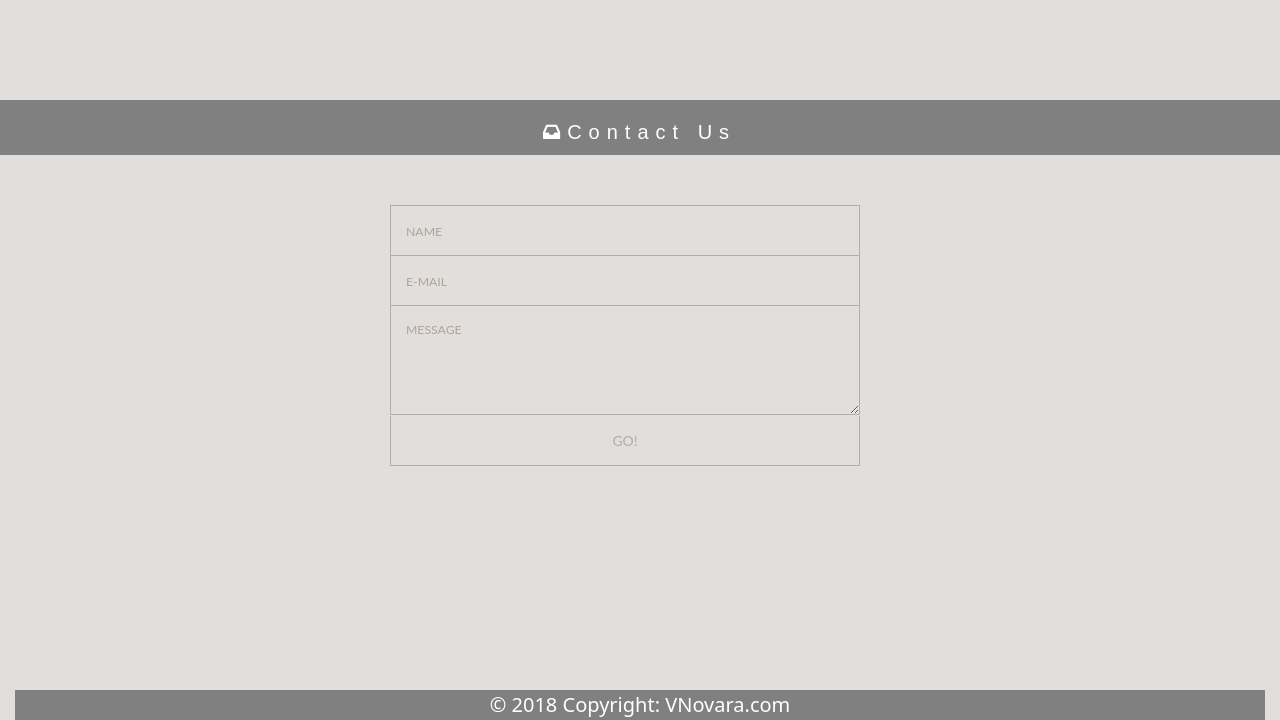
Repository: valenovi76/DeliveryExcellence
Page: contact.html
The author's editor kept a record of every edit. The page is drawn from the files as they stood at one moment, then again after the next edit.
The browser window is 1280 px wide. The pictures show the whole page.

Above is the page before.

### contact.html
<!DOCTYPE html>
<html lang="en">
<head>
    <meta charset="UTF-8">
    <meta name="viewport" content="width=device-width, initial-scale=1.0">
    <meta http-equiv="X-UA-Compatible" content="ie=edge">
    <link rel="stylesheet" href="https://stackpath.bootstrapcdn.com/bootstrap/4.3.1/css/bootstrap.min.css" integrity="sha384-ggOyR0iXCbMQv3Xipma34MD+dH/1fQ784/j6cY/iJTQUOhcWr7x9JvoRxT2MZw1T" crossorigin="anonymous">
    <link rel="stylesheet" href="https://stackpath.bootstrapcdn.com/font-awesome/4.7.0/css/font-awesome.min.css" type="text/css" />
    <link rel="stylesheet" href="https://cdnjs.cloudflare.com/ajax/libs/hover.css/2.3.1/css/hover-min.css" type="text/css" />
    <link rel="stylesheet" href="./assets/style.css" type="text/css" />
    <title>Document</title>
</head>
<body>
    <header>
<!-- waiting to be fixed
        <div class="container-fluid">
            <div class= "row">
                <div class="col-sm home">
                    <a href="index.html" class="hvr-sweep-to-bottom"><i class="fa fa-home" aria-hidden="true"></i><span>Delivery Excellence</span></a>
                </div>

                <div class="col-sm links">
                    <div class="dropdown">
                      <button class="dropbtn">Links</button>
                          <div class="dropdown-content">
                            <a href="#">Link 1</a>
                            <a href="#">Link 2</a>
                            <a href="#">Link 3</a>
                          </div>
                    </div>
                </div>
  !-->

                <div class="col-sm contact">
                    <a href="contact.html" class="hvr-sweep-to-bottom"><i class="fa fa-inbox" aria-hidden="true"></i><span>Contact Us</span></a>
                </div>

            </div>
        </div>
    </header>

    <section>
        <form id="form" class="topBefore">

		  <input id="name" type="text" placeholder="NAME">
		  <input id="email" type="text" placeholder="E-MAIL">
		  <textarea id="message" type="text" placeholder="MESSAGE"></textarea>
          <input id="submit" type="submit" value="GO!">

        </form>
    </section>


    <footer class="container-fluid font-small blue fixed-bottom">
                <div class="footer-copyright">
                    <a href="https://mdbootstrap.com/education/bootstrap/"> © 2018 Copyright: VNovara.com</a>
                </div>
    </footer>



</body>
</html>

### assets/style.css
/*----------------------------Header-----------------------*/

header{
    background-color:grey;
}
.col-sm {
    text-align:center;
}

header a{
    font-family: "Fjalla Ona", sans-serif;
    font-weight: 100;
    font-size: 20px;
    color:white;
    text-align: center;
}

 heaeder a:hover {
  color: grey;
  text-decoration: none;
 }

.fa-grip-lines {
    color:#fafafa;
}


 /*------------------------------------ Dropdown Menu Link/Button----------------------------------- */
.dropbtn {
    background-color:grey;
    font-family: "Fjalla Ona", sans-serif;
    font-weight: 100;
    font-size: 20px;
    color:white;
    text-align: center;
    border: none;
}
/* The container <div> - needed to position the dropdown content */
.dropdown {
  position: relative;
  display: inline-block;
}
/* Dropdown Content (Hidden by Default) */
.dropdown-content {
  display: none;
  position: absolute;
  background-color: #f1f1f1;
  min-width: 160px;
  box-shadow: 0px 8px 16px 0px rgba(0,0,0,0.2);
  z-index: 1;
}

/* Links inside the dropdown */
.dropdown-content a {
  color: black;
  padding: 12px 16px;
  text-decoration: none;
  display: block;
}

/* Change color of dropdown links on hover */
.dropdown-content a:hover {background-color: #ddd;}

/* Show the dropdown menu on hover */
.dropdown:hover .dropdown-content {display: block;}

/* Change the background color of the dropdown button when the dropdown content is shown */
.dropdown:hover .dropbtn {background-color: black;}


/*----------------------------navbar-----------------------*/

nav a {
    font-family: "Fjalla Ona", sans-serif;
    font-weight: 100;
    font-size: 25px;
    color:white;
    text-transform:uppercase;
    text-align: left;
}
 nav a:hover {
  color: grey;
  text-decoration: none;
 }


/*----------------------------Footer-----------------------*/
.container-fluid{
    margin-left: 0;
    margin-right:0;
}
.footer-copyright{
    background-color: grey;
    text-align: center;
}

.footer-copyright a {
    font-family:"Noto sans", sans-serif;
    font-weight:100;
    font-size:20px;
    color:white;
}


/*---------------------------Contact form-----------------------*/

@import url(https://fonts.googleapis.com/css?family=Lato:100,300,400);

input::-webkit-input-placeholder, textarea::-webkit-input-placeholder {
  color: #aca49c;
  font-size: 0.875em;
}

input:focus::-webkit-input-placeholder, textarea:focus::-webkit-input-placeholder {
  color: #bbb5af;
}

input::-moz-placeholder, textarea::-moz-placeholder {
  color: #aca49c;
  font-size: 0.875em;
}

input:focus::-moz-placeholder, textarea:focus::-moz-placeholder {
  color: #bbb5af;
}

input::placeholder, textarea::placeholder {
  color: #aca49c;
  font-size: 0.875em;
}

input:focus::placeholder, textarea::focus:placeholder {
  color: #bbb5af;
}

input::-ms-placeholder, textarea::-ms-placeholder {
  color: #aca49c;
  font-size: 0.875em;
}

input:focus::-ms-placeholder, textarea:focus::-ms-placeholder {
  color: #bbb5af;
}

/* on hover placeholder */

input:hover::-webkit-input-placeholder, textarea:hover::-webkit-input-placeholder {
  color: #e2dedb;
  font-size: 0.875em;
}

input:hover:focus::-webkit-input-placeholder, textarea:hover:focus::-webkit-input-placeholder {
  color: #cbc6c1;
}

input:hover::-moz-placeholder, textarea:hover::-moz-placeholder {
  color: #e2dedb;
  font-size: 0.875em;
}

input:hover:focus::-moz-placeholder, textarea:hover:focus::-moz-placeholder {
  color: #cbc6c1;
}

input:hover::placeholder, textarea:hover::placeholder {
  color: #e2dedb;
  font-size: 0.875em;
}

input:hover:focus::placeholder, textarea:hover:focus::placeholder {
  color: #cbc6c1;
}

input:hover::placeholder, textarea:hover::placeholder {
  color: #e2dedb;
  font-size: 0.875em;
}

input:hover:focus::-ms-placeholder, textarea:hover::focus:-ms-placeholder {
  color: #cbc6c1;
}

body {
  font-family: 'Lato', sans-serif;
  background: #e2dedb;
  color: #b3aca7;
}

header {
  position: relative;
  margin: 100px 0 25px 0;
  font-size: 2.3em;
  text-align: center;
  letter-spacing: 7px;
}

#form {
  position: relative;
  width: 500px;
  margin: 50px auto 100px auto;
}

input {
  font-family: 'Lato', sans-serif;
  font-size: 0.875em;
  width: 470px;
  height: 50px;
  padding: 0px 15px 0px 15px;

  background: transparent;
  outline: none;
  color: #726659;

  border: solid 1px #b3aca7;
  border-bottom: none;

  transition: all 0.3s ease-in-out;
  -webkit-transition: all 0.3s ease-in-out;
  -moz-transition: all 0.3s ease-in-out;
  -ms-transition: all 0.3s ease-in-out;
}

input:hover {
  background: #b3aca7;
  color: #e2dedb;
}

textarea {
  width: 470px;
  max-width: 470px;
  height: 110px;
  max-height: 110px;
  padding: 15px;

  background: transparent;
  outline: none;

  color: #726659;
  font-family: 'Lato', sans-serif;
  font-size: 0.875em;

  border: solid 1px #b3aca7;

  transition: all 0.3s ease-in-out;
  -webkit-transition: all 0.3s ease-in-out;
  -moz-transition: all 0.3s ease-in-out;
  -ms-transition: all 0.3s ease-in-out;
}

textarea:hover {
  background: #b3aca7;
  color: #e2dedb;
}

#submit {
  width: 470px;

  padding: 0;
  margin: -5px 0px 0px 0px;

  font-family: 'Lato', sans-serif;
  font-size: 0.875em;
  color: #b3aca7;

  outline:none;
  cursor: pointer;

  border: solid 1px #b3aca7;
  border-top: none;
}

#submit:hover {
  color: #e2dedb;
}

/*----------------------------Parallax1-----------------------*/

.paralsec1{
    background-image: url("../assets/Stairs.jpg");
    font-family: "Fjalla Ona", sans-serif;
    font-weight:lighter;
    text-transform: uppercase;
    font-size: 300px;
    color:grey;

}

After the next edit:
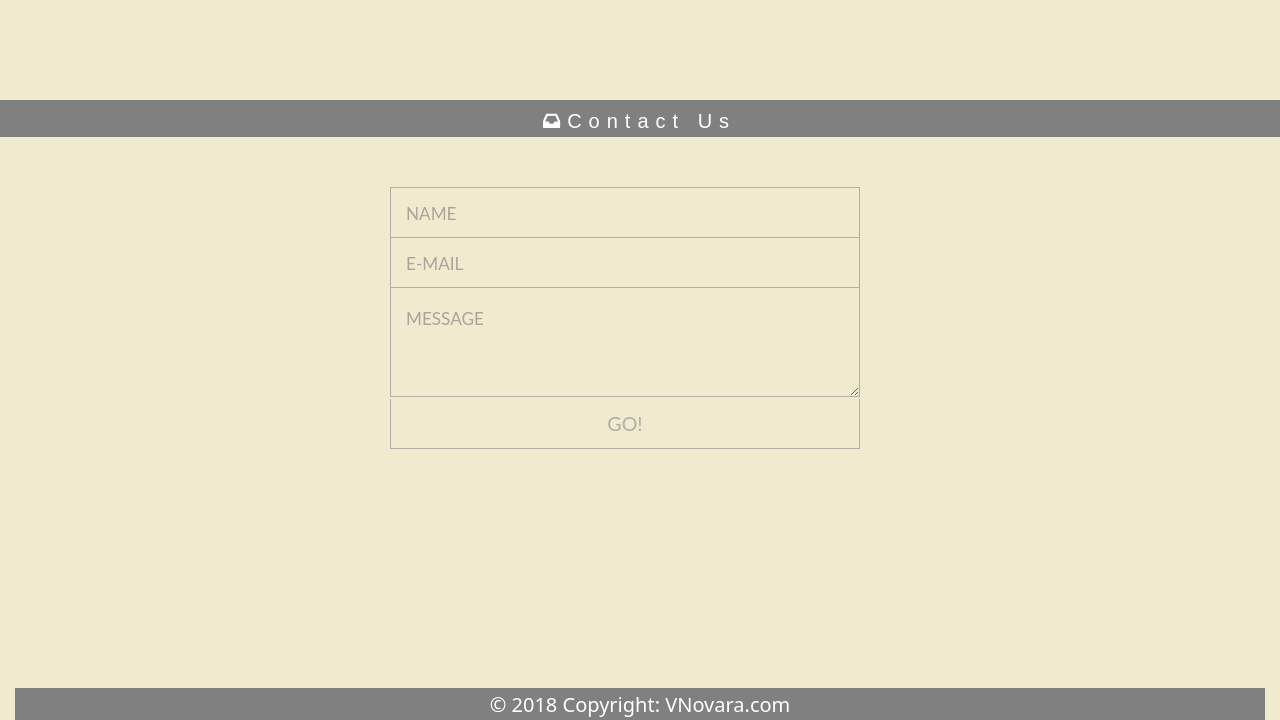
The edit:
--- a/assets/style.css
+++ b/assets/style.css
@@ -273,6 +273,117 @@
   color: #e2dedb;
 }
 
+
+
+/*----------------------Contact2-------------------------------------*/
+
+
+body {
+  position: relative;
+  background: #f0eace;
+	color: #4b3b35;
+	font-family: 'Open Sans', arial, sans-serif;
+  font-size: 1.4em;
+  line-height: 1.4em;
+}
+
+h1 {
+  font-family: 'Patua One', serif;
+  font-size: 2em;
+  margin-bottom: .8em;
+}
+
+.fa {z-index: 10;}
+
+p {margin-bottom: 1.2em;}
+
+.wrapper {
+  max-width: 1024px;
+  margin: 0 auto;
+  padding: 0 1em;
+}
+  .page {padding: 4em 1em;
+    p:first-of-type {font-weight: 700;}
+  }
+}
+
+.contact {
+  position: absolute;
+  z-index: 20;
+  top: 60px;
+  left: 0;
+  right: 0;
+  padding: 2em;
+  background: #5d5550;
+  color: #ede6bd;
+  transition: all .4s;
+  transform: translateY(-100%);
+
+  &.open-form {
+    transform: translateY(0);
+  }
+
+  p {font-weight: 600;
+
+    &.close {
+      text-align: right;
+      cursor: pointer;
+    }
+
+    &.thanks {
+      opacity: 0;
+      transition: opacity .2s;
+    }
+
+    &.thanks.visible {opacity: 1;}
+  }
+
+  input, textarea {
+    width: 100%;
+    background: #f0edde;
+    border: #4b3b35 solid 2px;
+    border-radius: .5em;
+    resize: none;
+    padding: .7em 1em;
+    color: #5d5550;
+    font-family: 'Open Sans', arial, sans-serif;
+    font-size: .65em;
+    font-weight: 600;
+  }
+
+  textarea {
+    font-size: .6em;
+    height: 20em;
+  }
+
+  input[type="submit"] {
+    width: auto;
+    font-size: .8em;
+    font-weight: 900;
+    cursor: pointer;
+  }
+}
+
+.topbar {
+  z-index: 30;
+  position: fixed;
+  top: 0;
+  width: 100%;
+  background: #4b3b35;
+  color: #ede6bd;
+  font-weight: 900;
+  height: 60px;
+  line-height: 60px;
+
+   span {
+     float: right;
+     font-weight: 600;
+
+     &.open {cursor: pointer;}
+
+   }
+}
+
 /*----------------------------Parallax1-----------------------*/
 
 .paralsec1{
